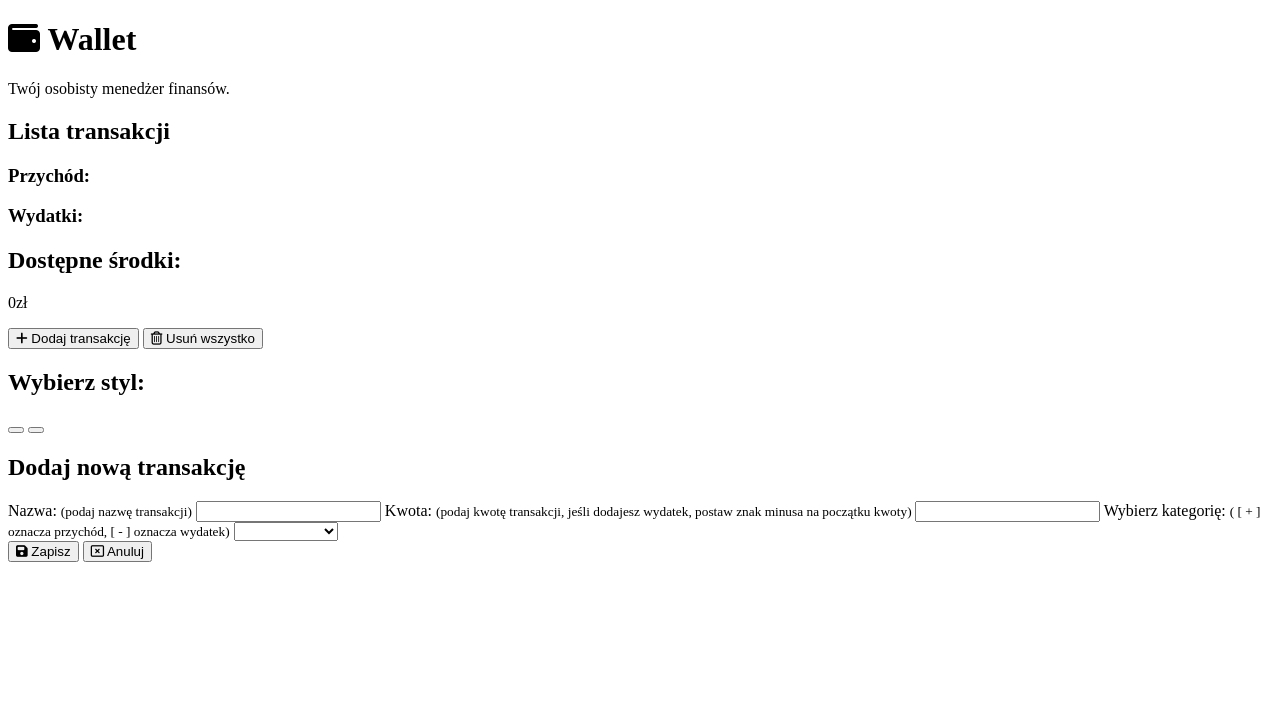
Repository: kimi1723/Finance-manager
Page: index.html
These files come from the project's save history. The page is drawn as it stood at one moment and after the next save; the edit follows.
The browser window is 1280 px wide. The pictures show the whole page.
Some web libraries are served in a nearby version.

Above is the page before, as saved 2023-03-28 23:59:13.
Not found: dist/css/style.min.css
Not found: script.js

### index.html
<!DOCTYPE html>
<html lang="pl">

<head>
    <meta charset="UTF-8">
    <meta name="viewport" content="width=device-width, initial-scale=1.0">
    <title>Kalkulator wydatków</title>

    <link href="https://fonts.googleapis.com/css?family=Montserrat:200,400,700&display=swap&subset=latin-ext"
        rel="stylesheet">

    <link rel="stylesheet" href="/dist/css/style.min.css">
    <script src="https://kit.fontawesome.com/b106b5fdab.js" crossorigin="anonymous"></script>
</head>

<body>

    <header>
        <h1><i class="fas fa-wallet"></i> Wallet</h1>
        <p>Twój osobisty menedżer finansów.</p>
    </header>

    <main>
        <section class="transactions">
            <h2 class="title">Lista transakcji</h2>
            <div class="transaction-list">
                <div class="income-area">
                    <h3>Przychód:</h3>
                    <!-- <div class="transaction" id="0">
                        <p class="transaction-name"><i class="fas fa-money-bill-wave"></i> Wypłata</p>
                        <p class="transaction-amount">2000zł <button class="delete"><i
                                    class="fas fa-times"></i></button></p>
                    </div> -->
                </div>
                <div class="expenses-area">
                    <h3>Wydatki:</h3>
                    <!-- <div class="transaction" id="1">
                        <p class="transaction-name"><i class="fas fa-cart-arrow-down"></i> Zakupy</p>
                        <p class="transaction-amount">-400zł <button class="delete"><i
                                    class="fas fa-times"></i></button></p>
                    </div>
                    <div class="transaction" id="2">
                        <p class="transaction-name"><i class="fas fa-hamburger"></i> Jedzenie</p>
                        <p class="transaction-amount">-100zł <button class="delete"><i
                                    class="fas fa-times"></i></button></p>
                    </div>
                    <div class="transaction" id="3">
                        <p class="transaction-name"><i class="fas fa-film"></i> Kino</p>
                        <p class="transaction-amount">-50zł <button class="delete"><i class="fas fa-times"></i></button>
                        </p>
                    </div> -->
                </div>
            </div>
        </section>

        <section class="options">
            <div>
                <h2 class="title">Dostępne środki:</h2>
                <p class="available-money">0zł</p>
            </div>
            <div class="controls">
                <button class="add-transaction"><i class="fas fa-plus"></i> Dodaj transakcję</button>
                <button class="delete-all"><i class="far fa-trash-alt"></i> Usuń wszystko</button>
            </div>
            <div class="style-selection">
                <h2 class="title">Wybierz styl:</h2>
                <div class="color-buttons">
                    <button class="light"></button>
                    <button class="dark"></button>
                </div>
            </div>
        </section>
    </main>

    <div class="add-transaction-panel">
        <h2 class="title">Dodaj nową transakcję</h2>
        <label for="name">Nazwa:</label>
        <small>(podaj nazwę transakcji)</small>
        <input type="text" id="name"></input>

        <label for="amount">Kwota:</label>
        <small>(podaj kwotę transakcji, jeśli dodajesz wydatek, postaw znak minusa na początku kwoty) </small>
        <input type="number" id="amount">

        <label for="category">Wybierz kategorię:</label>
        <small>( [ + ] oznacza przychód, [ - ] oznacza wydatek)</small>
        <select id="category" onchange="selectCategory()">
            <option value="none" selected disabled></option>
            <option value="income">[ + ] Przychód</option>
            <option value="shopping">[ - ] Zakupy</option>
            <option value="food">[ - ] Jedzenie</option>
            <option value="cinema">[ - ] Kino</option>
        </select>

        <div class="panel-buttons">
            <button class="save"><i class="fas fa-save"></i> Zapisz</button>
            <button class="cancel"><i class="far fa-window-close"></i> Anuluj</button>
        </div>
    </div>




    <script src="script.js"></script>
</body>

</html>

Loaded but not shown: dist/css/main.min.css (library)

After the next save:
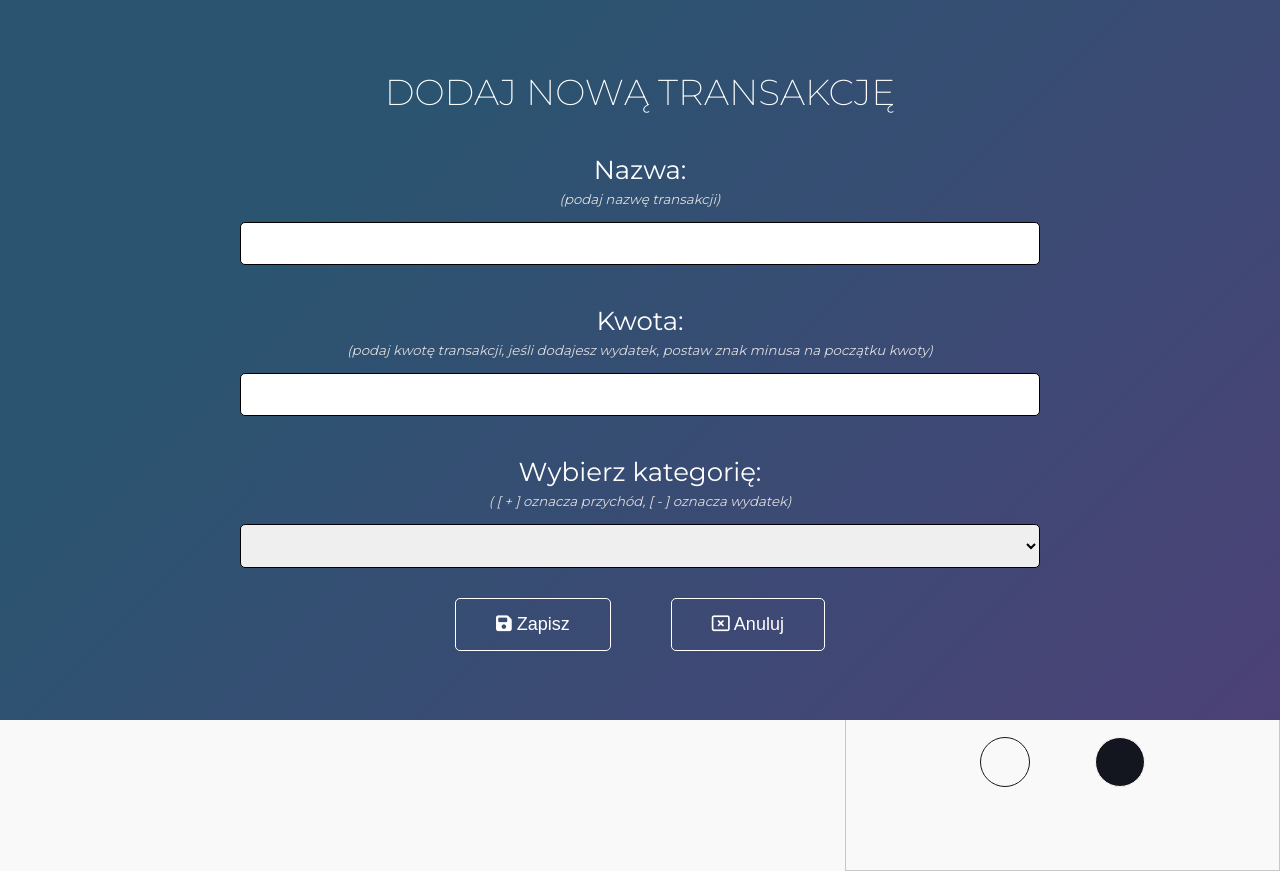
Saved 27 s later.
--- a/index.html
+++ b/index.html
@@ -10,6 +10,7 @@
         rel="stylesheet">
 
     <link rel="stylesheet" href="/dist/css/style.min.css">
+    <link rel="stylesheet" href="/dist/css/main.min.css">
     <script src="https://kit.fontawesome.com/b106b5fdab.js" crossorigin="anonymous"></script>
 </head>
 
